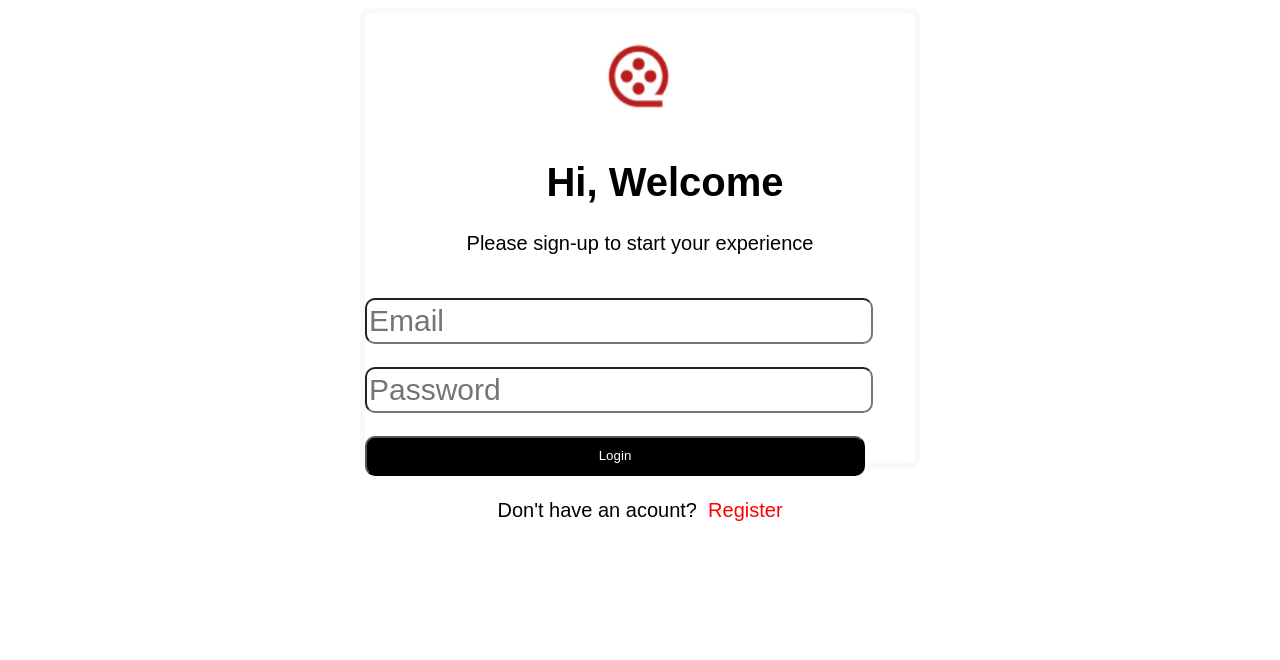
Repository: KingBoyMaylow/movie-task
Page: 2index.html
An editor plug-in stored every save of this project. The page is shown before and after the next save, followed by the edit.
The browser window is 1280 px wide. The pictures show the whole page.

Above is the page before, as saved 2024-05-20 14:10:24.

After the next save:
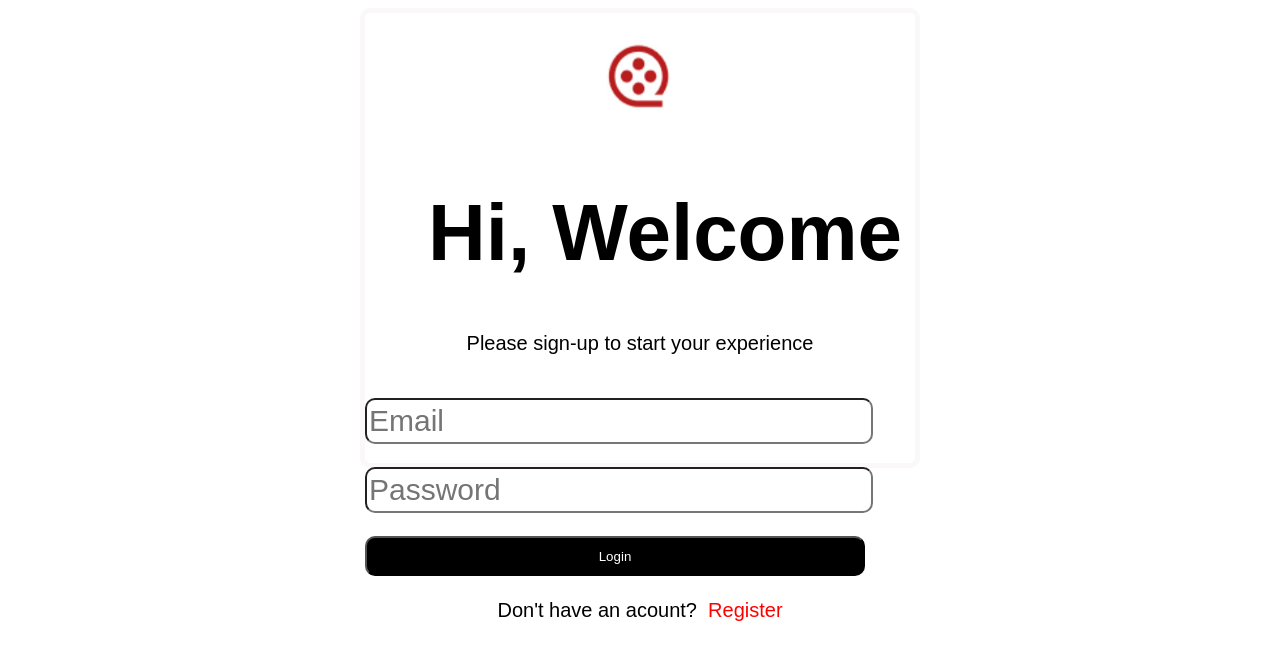
Saved 14 s later.
--- a/script.css
+++ b/script.css
@@ -23,7 +23,7 @@
 h1{
     margin-left: 50px;
     text-align: center;
-    font-size: ;
+    font-size: 80px;
 }
 img{
     width: 150px;

After the 2 saves that followed:
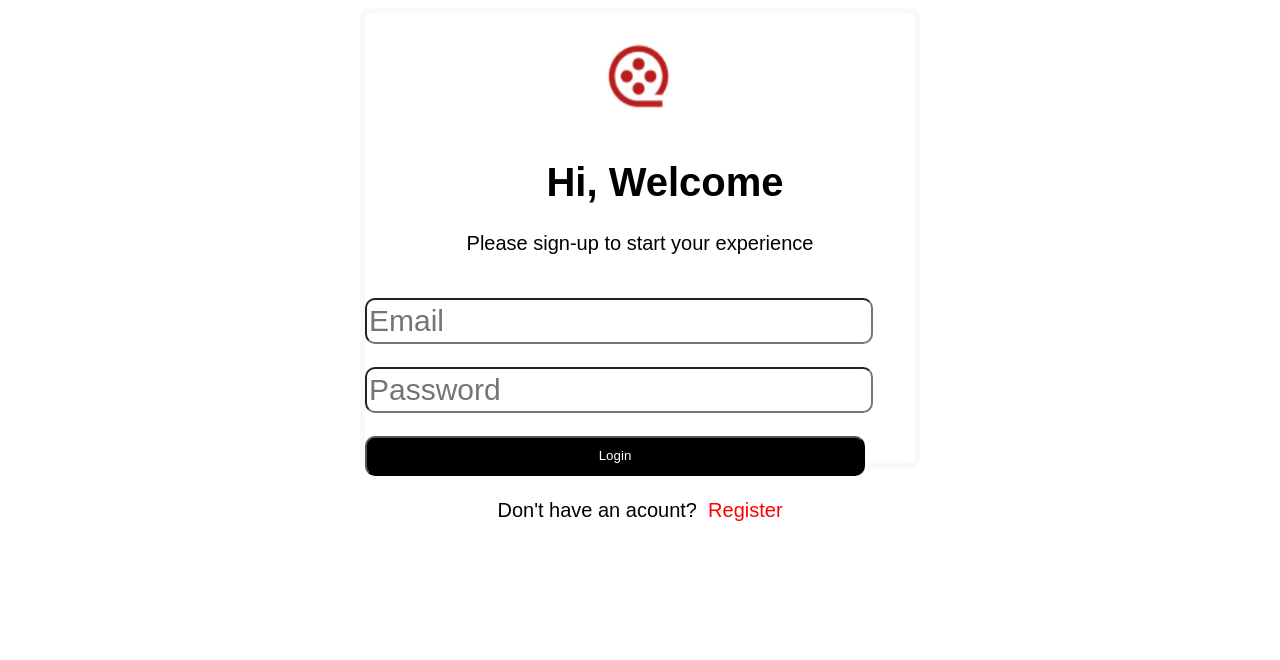
The 2 saves are shown as one change because they came seconds apart.
The last was saved 13 s later.
--- a/script.css
+++ b/script.css
@@ -23,7 +23,7 @@
 h1{
     margin-left: 50px;
     text-align: center;
-    font-size: 80px;
+    font-size: 40px;
 }
 img{
     width: 150px;
